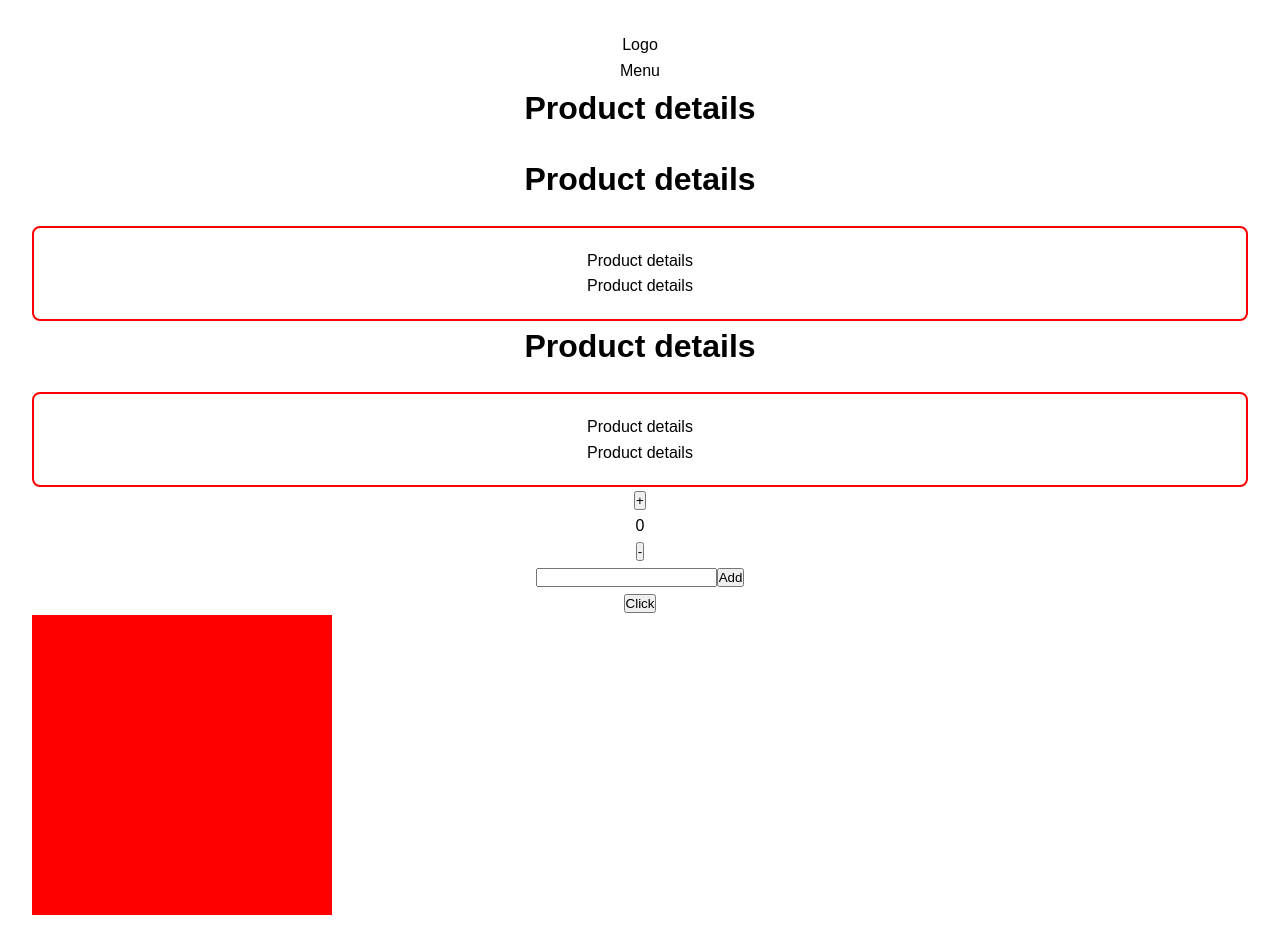
Repository: Manny1294/react-learning
Page: /
An editor plug-in stored every save of this project. The page is shown before and after the next save, followed by the edit.
The browser window is 1280 px wide. The pictures show the whole page.
The project was rebuilt for these pictures with package versions that can differ from the ones it lists, and the page was loaded fresh each time. Also part of the build but not shown: vite.config.js.

Above is the page before, as saved 2026-02-01 08:14:17.

### index.html
<!doctype html>
<html lang="en">
  <head>
    <meta charset="UTF-8" />
    <link rel="icon" type="image/svg+xml" href="/vite.svg" />
    <meta name="viewport" content="width=device-width, initial-scale=1.0" />
    <title>my-react-lesson</title>
  </head>
  <body>
    <div id="root"></div>
    <script type="module" src="/src/main.jsx"></script>
  </body>
</html>

### src/index.css
* {
  margin: 0;
  padding: 0;
  box-sizing: border-box;
}

body {
  font-family: Arial, Helvetica, sans-serif;
  line-height: 1.6;
}

### src/App.jsx
import "./App.css";
import ProductCard from "./components/ProductCard";
import NavBar from "./components/NavBar";
import PerfumeImg from "./assets/perfume.jpg";
import Counter from "./components/Counter";
import Todos from "./components/TodoList";
import Toggle from "./components/Toggle";

export default function App() {
  const Product = {
    name: "beans",
    price: "200",
    image: PerfumeImg,
    description: "Nigerian-made long grain rice",
  };
  const Product2 = {
    name: "orange",
    price: "700",
    image: PerfumeImg,
    description: "home made orange",
  };
  return (
    <div>
      <NavBar />
      <h1 style={{ marginBottom: "20px" }}>Product details</h1>
      <ProductCard
        name={Product.name}
        price={Product.price}
        image={Product.image}
        description={Product.description}
      />
      <ProductCard
        name={Product2.name}
        price={Product2.price}
        image={Product2.image}
        description={Product2.description}
      />
      <Counter />
      <Todos />
      <Toggle />
    </div>
  );
}

// export default App;

### src/components/ProductCard.jsx
import "./ProductCard.css";

function ProductCard() {
  return (
    <>
      <h1 style={{ marginBottom: "20px" }}>Product details</h1>
      <div className="card">
        {/* left- pictures */}
        <div>
          <p>Product details</p>
        </div>
        <div>
          <p>Product details</p>
        </div>
      </div>
    </>
  );
}

export default ProductCard;

### src/components/NavBar.jsx
export default function NavBar() {
  return (
    <div>
      <div>
        <p>Logo</p>
      </div>
      <div>
        <p>Menu</p>
      </div>
    </div>
  );
}

### src/components/Counter.jsx
import { useState } from "react";
export default function Counter() {
  const [count, setCount] = useState(0);

  function increaseCount() {
    setCount(count + 1);
  }

  function decreaseCount() {
    if (count > 0) {
      setCount(count - 1);
    }
  }
  return (
    <>
      <button onClick={increaseCount}>+</button>
      <p>{count}</p>
      <button onClick={decreaseCount}>-</button>
    </>
  );
}

### src/components/TodoList.jsx
import { useState } from "react";

export default function Todos() {
  const [todos, setTodos] = useState([]);
  // to track changes when typing in the input textbox
  const [input, setInput] = useState("");

  const [filter, setFilter] = useState("all");

  // to add todo item to the todos object array and clear the input to an empty string afterwards
  function addTodos() {
    setTodos([...todos, { text: input, completed: false }]);
    setInput("");
  }

  // to delete each todo item by filtering through the index
  function deleteTodo(index) {
    setTodos(todos.filter((_, i) => i !== index));
  }

  //
  function toggleComplete(index) {
    setTodos(
      todos.map((todo, i) =>
        // confirm if it's the todo we click on and change status if not leave as it is
        i === index ? { ...todo, completed: !todo.completed } : todo,
      ),
    );
  }

  return (
    <>
      <div>
        <input
          type="text"
          value={input}
          onChange={(event) => {
            console.log("Typing:", event.target.value);
            setInput(event.target.value);
          }}
        ></input>

        <button onClick={addTodos}>Add</button>

        {/* conditional rendering */}
        {todos.map((todo, index) => (
          <ol>
            <li
              key={index}
              onClick={() => toggleComplete(index)}
              style={{
                textDecoration: todo.completed ? "line-through" : "none",
                color: todo.completed ? "red" : "black",
                cursor: "pointer",
              }}
            >
              {todo.text}
              <button
                onClick={(e) => {
                  e.stopPropagation();
                  deleteTodo(index);
                }}
              >
                Delete
              </button>
            </li>
          </ol>
        ))}
      </div>
    </>
  );
}

### src/components/Toggle.jsx
import { useState } from "react";

export default function Toggle() {
  const [isdark, setIsDark] = useState(false);

  function toggleDark() {
    setIsDark(!isdark);
  }

  return (
    <>
      <div>
        <button onClick={toggleDark}>Click</button>
        <div
          style={{
            backgroundColor: isdark ? "black" : "red",
            width: "300px",
            height: "300px",
          }}
        ></div>
      </div>
    </>
  );
}

### src/components/ProductCard.css
.card {
  border: 2px solid hsl(0, 100%, 50%);
  padding: 20px;
  border-radius: 8px;
}

Loaded but not shown: src/main.jsx (common file); src/App.css (common file)

After the next save:
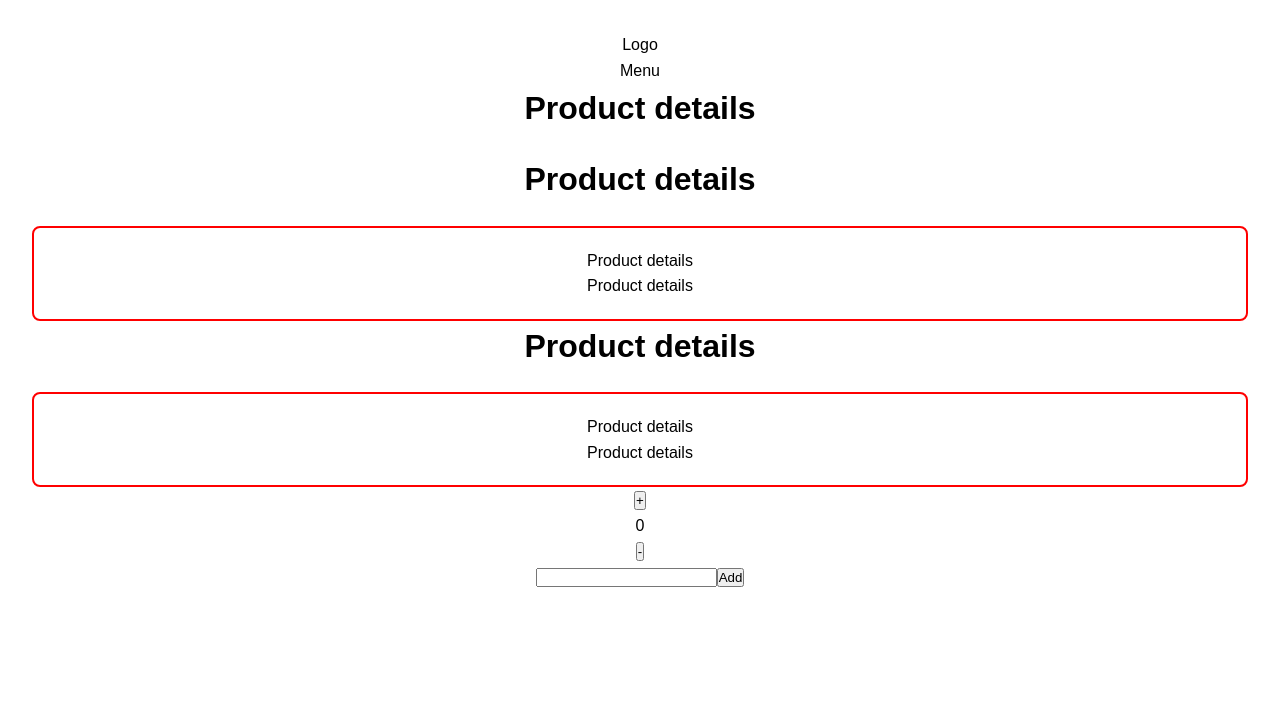
Saved 5 min 33 s later.
--- a/src/App.jsx
+++ b/src/App.jsx
@@ -37,7 +37,7 @@ export default function App() {
       />
       <Counter />
       <Todos />
-      <Toggle />
+      {/* <Toggle /> */}
     </div>
   );
 }
